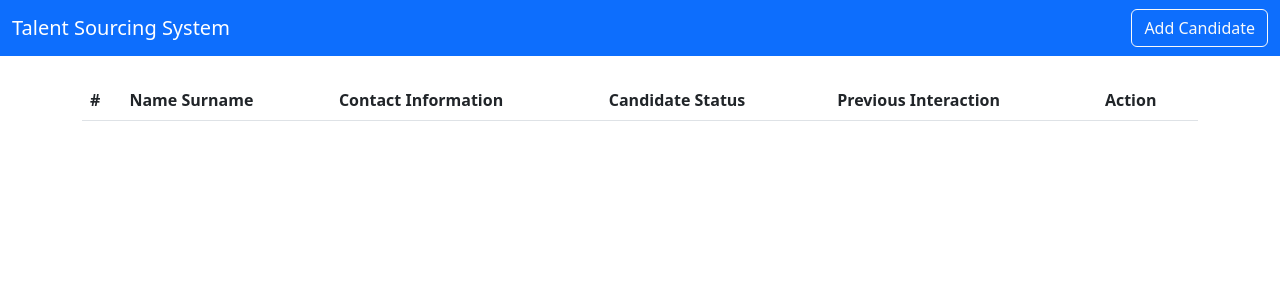
Repository: mfd10/talent-sourcing-system-frontend
Page: /
These files come from the project's save history. The page is drawn as it stood at one moment and after the next save; the edit follows.
The browser window is 1280 px wide. The pictures show the whole page.
The page's requests for data from a server got no answer. The project was rebuilt for these pictures with package versions that can differ from the ones it lists, and the page was loaded fresh each time. No one was signed in, and anything a server would have sent is missing. Also part of the build but not shown: src/users/AddCandidates.js, src/users/EditCandidate.js, src/users/ViewCandidate.js, src/users/EditInteractions.js. Imported but missing from the stored project, and not drawn on this page: src/component/pop-up.

Above is the page before, as saved 2022-11-15 04:31:46.

After the next save:
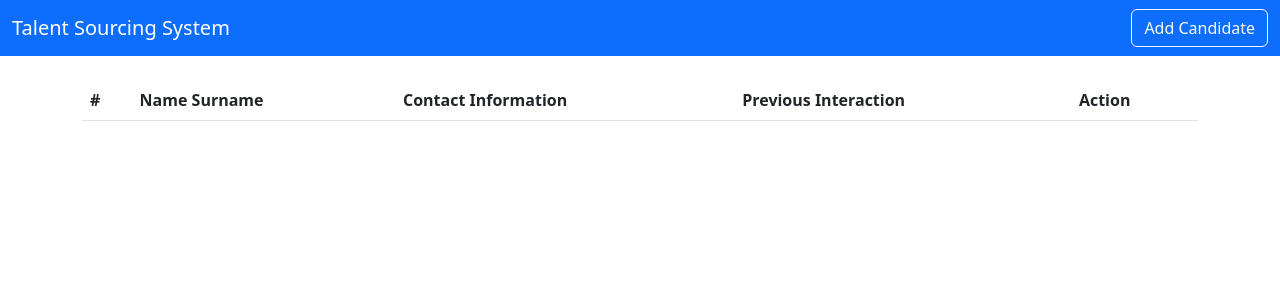
Saved 40 s later.
--- a/src/pages/Home.js
+++ b/src/pages/Home.js
@@ -34,7 +34,6 @@ export default function Home() {
               <th scope="col">#</th>
               <th scope="col">Name Surname</th>
               <th scope="col">Contact Information</th>
-              <th scope="col">Candidate Status</th>
               <th scope="col">Previous Interaction</th>
               <th scope="col">Action</th>
             </tr>
@@ -48,7 +47,6 @@ export default function Home() {
                 <td>{candidate.name}</td>
                 <td>{candidate.contactInformation}</td>
                 <td>{candidate.candidateInteraction.type}</td>
-                <td>{candidate.status}</td>
                 <td>
                   <Link
                     className="btn btn-primary mx-2"
